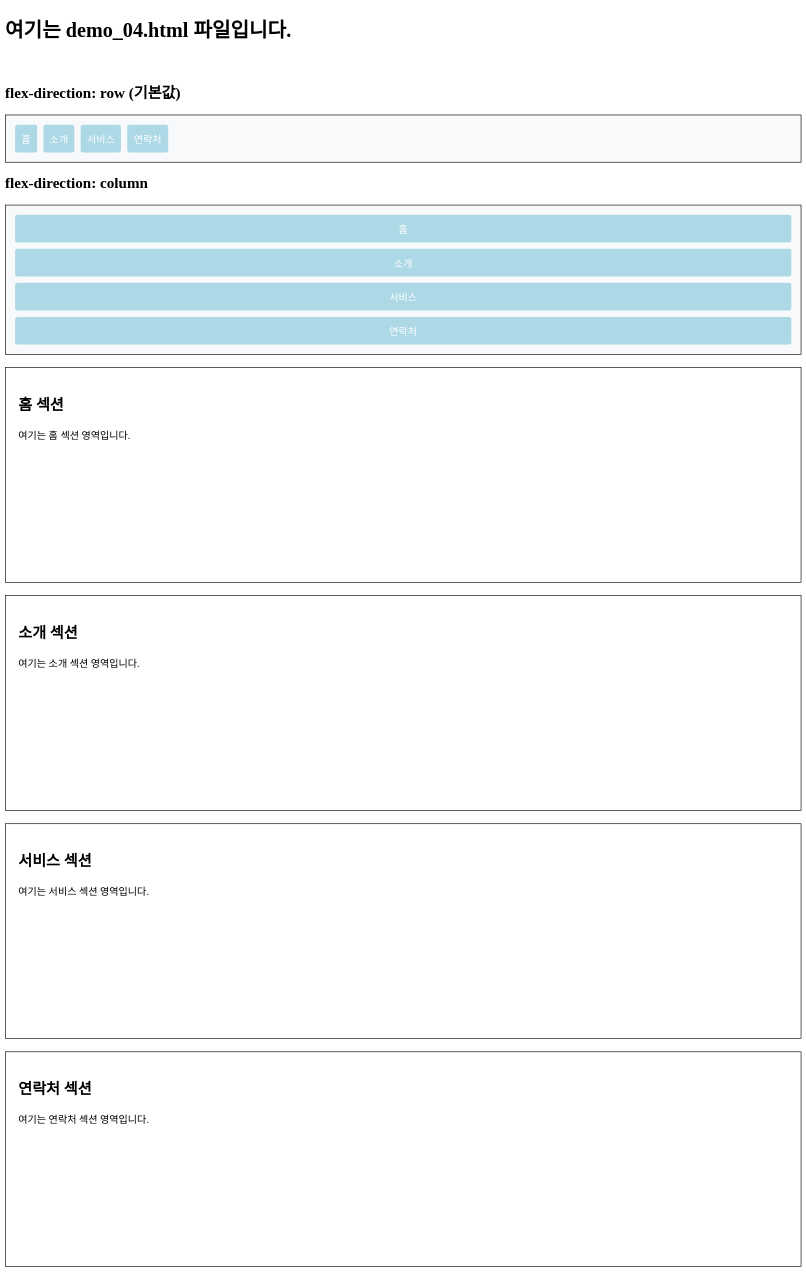
Repository: kimmingyeong225/totalJSP
Page: class_flexbox_011/src/main/webapp/demo_04.html
An editor plug-in stored every save of this project. The page is shown before and after the next save, followed by the edit.
The browser window is 1280 px wide. The pictures show the whole page, at 63% of full size.

Above is the page before, as saved 2024-07-01 01:33:44.

### class_flexbox_011/src/main/webapp/demo_04.html
<!DOCTYPE html>
<html>
<head>
<meta charset="UTF-8">
<title>인라인 블록 요소 예시</title>
<style type="text/css">
    .navbar1{
        display:flex;
        border: 1px solid black;
        background-color: #f8f9fa;
        padding: 10px;
    }
    .nav-item1{
        margin:5px;
        padding:10px;
        background-color:lightblue;
        color: white;
        text-align: center;
        border-radius:4px;
        text-decoration: none;
    }
    .navbar2{
        display:flex;
        border: 1px solid black;
        background-color: #f8f9fa;
        padding: 10px;
        flex-direction: column;
    }
    .nav-item2{
        margin:5px;
        padding:10px;
        background-color:lightblue;
        color: white;
        text-align: center;
        border-radius:4px;
        text-decoration: none;
    }
    .content1{
        margin: 10px;
        display:flex;
        border: 1px solid gray;
        padding: 10px;
    }

    .section {
    	height: 300px;
    	padding: 20px;
    	margin-top: 20px;
    	border: 1px solid #000;

    }

</style>
</head>
<body>
    <!-- http://localhost:8080/demo1/demo_04.html -->
    <h1>여기는 demo_04.html 파일입니다.</h1>
    <br>

    <h2>flex-direction: row (기본값)</h2>
        <div class="navbar1">
            <a href="#home" class="nav-item1">홈</a>
            <a href="#about" class="nav-item1">소개</a>
            <a href="#services" class="nav-item1">서비스</a>
            <a href="#contact" class="nav-item1">연락처</a>
        </div>

    <h2>flex-direction: column</h2>
        <div class="navbar2">
            <a href="#home" class="nav-item2">홈</a>
            <a href="#about" class="nav-item2">소개</a>
            <a href="#services" class="nav-item2">서비스</a>
            <a href="#contact" class="nav-item2">연락처</a>
        </div>

    <div class="section" id="home">
    	<h2>홈 섹션</h2>
    	<p>여기는 홈 섹션 영역입니다. </p>
    </div>

     <div class="section" id="about">
    	<h2>소개 섹션</h2>
    	<p>여기는 소개 섹션 영역입니다. </p>
    </div>

    <div class="section" id="services">
    	<h2>서비스 섹션</h2>
    	<p>여기는 서비스 섹션 영역입니다. </p>
    </div>

  <div class="section" id="contact">
    	<h2>연락처 섹션</h2>
    	<p>여기는 연락처 섹션 영역입니다. </p>
    </div>

</body>
</html>

After the next save:
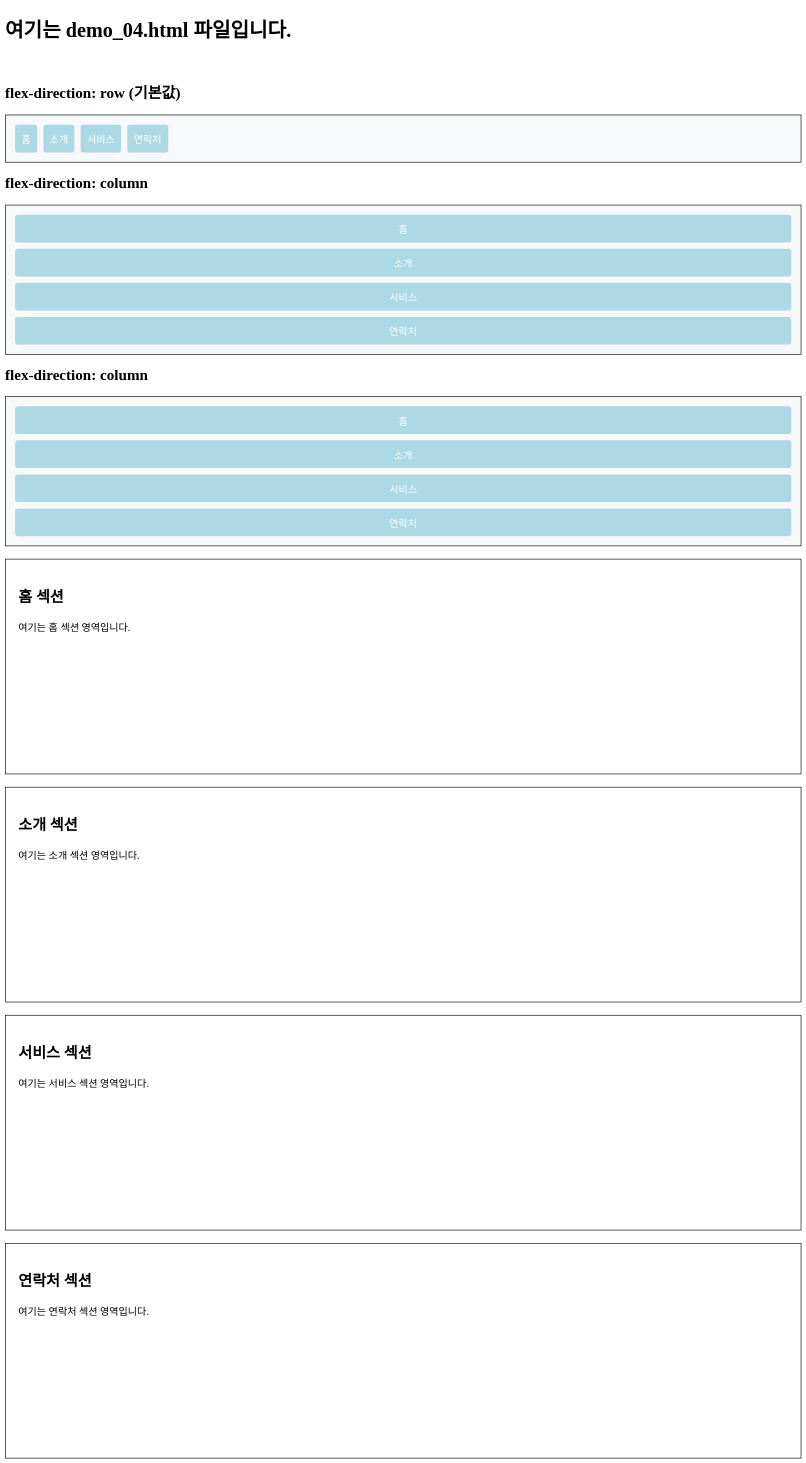
Saved 4 min 5 s later.
--- a/class_flexbox_011/src/main/webapp/demo_04.html
+++ b/class_flexbox_011/src/main/webapp/demo_04.html
@@ -73,6 +73,14 @@
             <a href="#contact" class="nav-item2">연락처</a>
         </div>
 
+          <h2>flex-direction: column</h2>
+        <div class="navbar1" style="flex-direction: column;">
+            <a href="#home" class="nav-item2">홈</a>
+            <a href="#about" class="nav-item2">소개</a>
+            <a href="#services" class="nav-item2">서비스</a>
+            <a href="#contact" class="nav-item2">연락처</a>
+        </div>
+
     <div class="section" id="home">
     	<h2>홈 섹션</h2>
     	<p>여기는 홈 섹션 영역입니다. </p>
